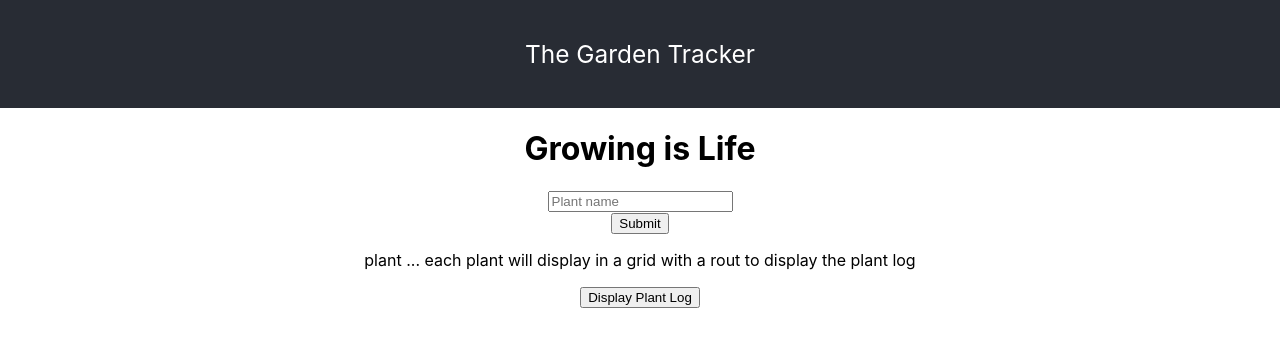
Repository: charliejp0311/gardentracker
Page: /harvest
The author's editor kept a copy of each file at every save. The page is drawn from the files as they stood at one save, then again after the next save.
The browser window is 1280 px wide. The pictures show the whole page.
The project was rebuilt for these pictures with package versions that can differ from the ones it lists, and the page was loaded fresh each time. Also part of the build but not shown: src/components/CreateNote.js.

Above is the page before, as saved 2020-10-28 08:52:23.

After the next save:
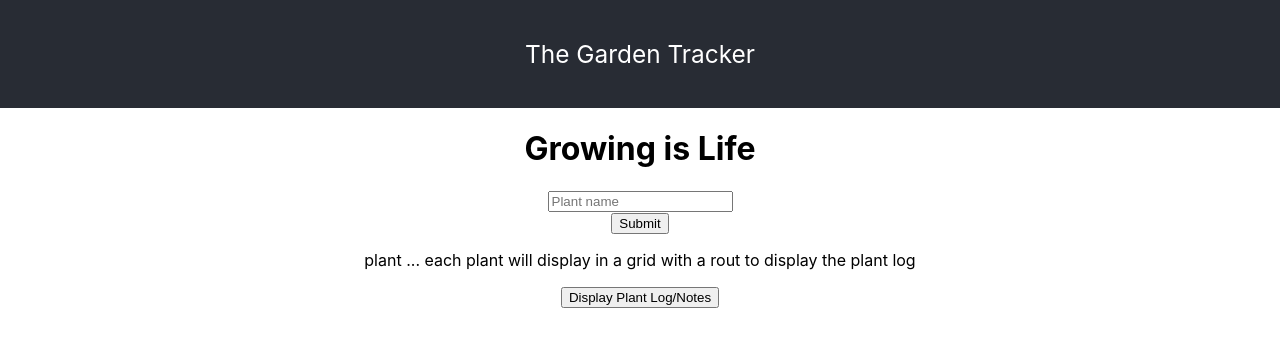
Saved 37 s later.
--- a/src/components/Plant.js
+++ b/src/components/Plant.js
@@ -10,12 +10,11 @@ class Plant extends Component {
     render(){
         return(
             <div>
-                <p>plant ... each plant will display in a grid with a rout to display the plant log
+                <p>
+                    plant ... each plant will display in a grid with a rout to display the plant log
                 </p>
-                {/* all buttons need to call add note but with individual types the type will determine the action taken */}
-                {/* <CreateNote /> */}
 
-                <button>Display Plant Log</button>
+                <button>Display Plant Log/Notes</button>
 
 
             </div>
